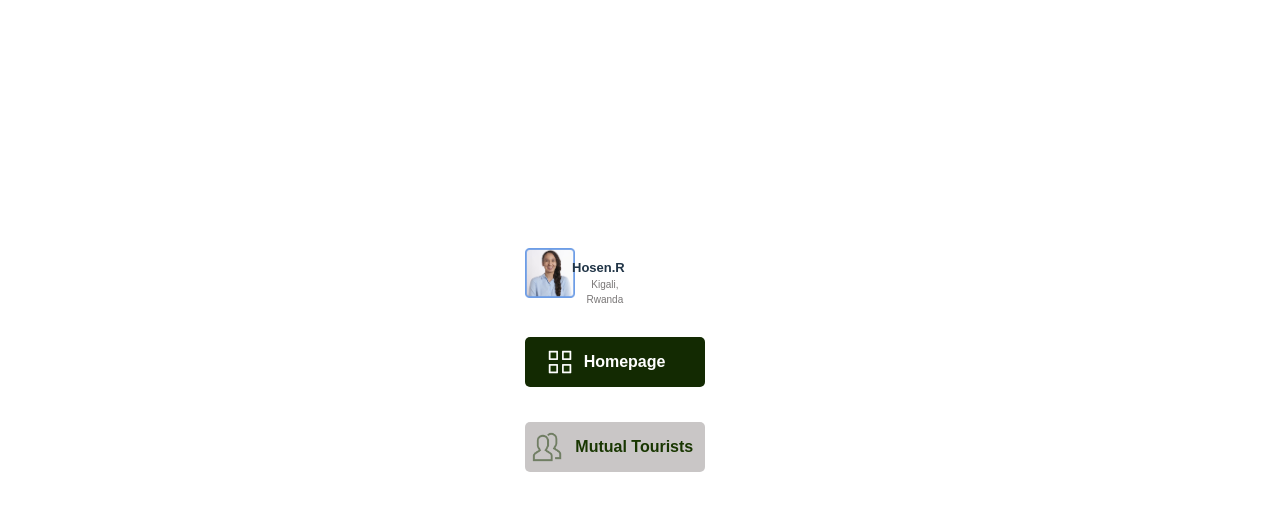
Repository: Auda-frontend/Kenshikeza
Page: /
The author's editor kept a copy of each file at every save. The page is drawn from the files as they stood at one save, then again after the next save.
The browser window is 1280 px wide. The pictures show the whole page.
The project was rebuilt for these pictures with package versions that can differ from the ones it lists, and the page was loaded fresh each time. Also part of the build but not shown: vite.config.js.

Above is the page before, as saved 2024-01-25 10:00:28.

After the next save:
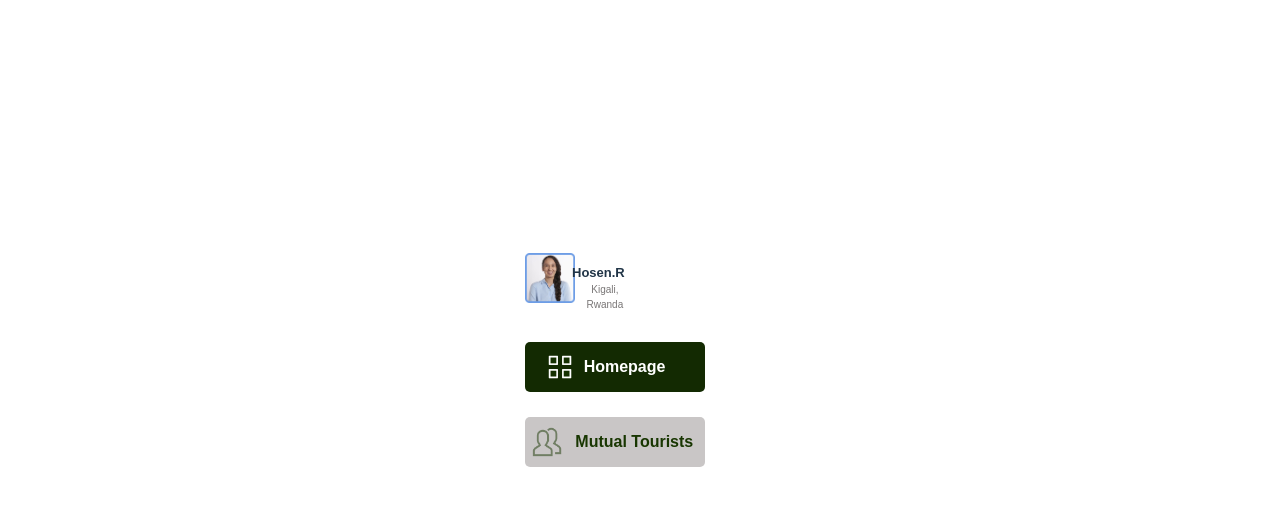
Saved 9 s later.
--- a/src/Components/SideBar.css
+++ b/src/Components/SideBar.css
@@ -69,7 +69,7 @@ display: flex;
 align-items: center;
 border-radius: 5px;
 justify-content: space-around;
-margin-top: 5px;
+margin-top: -5px;
 }
 .mutual .groupIcon{
     width: 30px;
